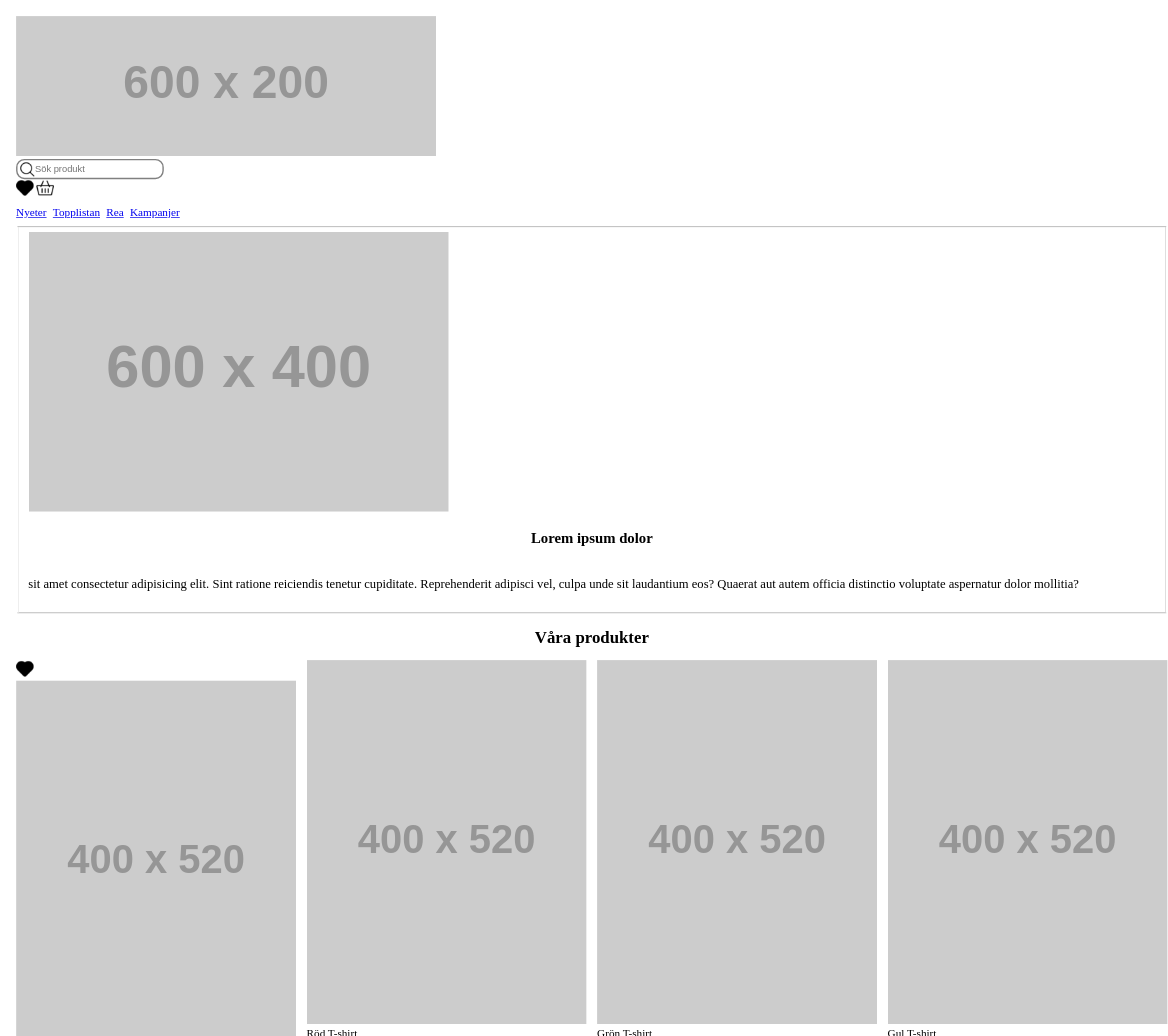
Repository: Kalle1995/project
Page: index.html
These files come from the project's save history. The page is drawn as it stood at one moment and after the next save; the edit follows.
The browser window is 1280 px wide. The page is 1668 px wide, so the pictures cover 1668 px, including what lies to the right of the window. The pictures show the part of the page from y = 0 to 1480 px (the page is 2130 px tall before and 2166 px after), at 70% of full size.

Above is the page before, as saved 2024-10-05 20:47:24.

### index.html
<!DOCTYPE html>
<html lang="sv">

<head>
  <meta charset="UTF-8" />
  <meta name="viewport" content="width=device-width, initial-scale=1.0" />
  <title>Freaky Fashion</title>

  <link rel="stylesheet" href="main.css" />
</head>

<body>
  <header>
    <section>
      <div class="wholeHead">
        <img src="https://placehold.co/600x200 " width="600" height="200" alt="icon" class="icon" />

        <div class="searchAndIcons">
          <input type="search" placeholder="Sök produkt" class="search">
          <div class="headIcons">
            <a href="#"><img src="bilder/full heart.png" alt="favourite"></a>
            <a href="#"><img src="bilder/cart.png" alt="cart"></a>
          </div>
        </div>
      </div>
      <!--
        jag behöver fixa att man kan sriva och iconen förvinner
        -->

      <!--
        om, jag har div för input typ så den ta hela raden
            -->


      <div>
        <nav class="NavList">
          <ul>
            <li class="nav-list-item"><a href="#">Nyeter</a></li>
            <li class="nav-list-item hide-on-mobile ejnav"><a href="#">Kategoroer</a></li>
            <li class="nav-list-item"><a href="#">Topplistan</a></li>
            <li class="nav-list-item"><a href="#">Rea</a></li>
            <li class="nav-list-item"><a href="#">Kampanjer</a></li>
          </ul>
        </nav>
      </div>
      <!--
            <dl> och <dt> använda man i detta falet
                -->

    </section>

  </header>

  <main>
    <section class="mid">
      <article>
        <fieldset>
          <img src="https://placehold.co/600x400" alt="" class="loremPic">
          <p>
          <h1> Lorem ipsum dolor</h1>
          <br>sit amet consectetur adipisicing elit. Sint ratione reiciendis tenetur cupiditate. Reprehenderit adipisci
          vel, culpa unde sit laudantium eos? Quaerat aut autem officia distinctio voluptate aspernatur dolor mollitia?
          </p>
        </fieldset>
      </article>
    </section>
    <section class="products">
      <h1>Våra produkter</h1>
      <div class="container">
        <!-- grid container -->

        <div>
          <img src="bilder/full heart.png" alt="">
          <img src="https://placehold.co/400x520/png?text=Black+T-shirt" alt="Svart T-shirt" />
          Svart T-shirt
        </div>

        <div>
          <img src="https://placehold.co/400x520/png?text=Red+T-shirt" alt="" />
          Röd T-shirt
        </div>

        <div>
          <img src="https://placehold.co/400x520/png?text=Green+T-shirt" alt="" />
          Grön T-shirt
        </div>

        <div>
          <img src="https://placehold.co/400x520/png?text=Gul+T-shirt" alt="" />
          Gul T-shirt

        </div>

        <div>
          <img src="https://placehold.co/400x520/png?text=Red+T-shirt" alt="">
          Röd T-shirt
        </div>

        <div>
          <img src="https://placehold.co/400x520/png?text=Red+T-shirt" alt="">
          Röd T-shirt
        </div>

        <div>
          <img src="https://placehold.co/400x520/png?text=Red+T-shirt" alt="">
          Röd T-shirt
        </div>

        <div>
          <img src="https://placehold.co/400x520/png?text=Red+T-shirt" alt="">
          Röd T-shirt
        </div>

      </div>


    </section>

  </main>
  <br>

  <footer>
    <div class="Company">&copy; Freaky Fashion</div>
  </footer>
</body>

</html>

### main.css


body {
    padding: 15px;
    font-size: 2em;
    display: grid;

}


h1 {
    text-align: center;

}

.products > div {
    display: grid;
    gap: 15px;

}

ul {
    list-style-type: none;
    margin: 0;
    padding: 0;

  }
.search {
  border: 2px solid gray;
  border-radius: 12px;
  padding: 5px;
  display: inline;
  background-image: url(bilder/search.png);
  background-repeat: no-repeat;
  background-position: 4px;
  padding-left: 25px;

}

.NavList {
    display: block;
    padding-bottom: 10px;
    padding-top: 10px;

}
.container {
    position: relative;

}


.hide-on-mobile {
    display: none;
}

 @media (max-width:640px){
    .mid {
        position: relative;
        display: block;
        font-size: medium;
    }


    .ejnav {
        display: none;
    }

    li {
        margin-bottom: 3px;
    }

   /* .icon {
        -ms-flex: 100%;
        felx: 100%;
        max-width: 100%;;
    }
        */

    .search{
        width: 75%;

    }
    .icon {
        width: 100%;
    }
    .searchAndIcons {
        display: flex;
    }
    .container {
        position: relative;
        left: auto;
        right: auto;
    }


}


@media (min-width: 640px) {
    .products > div {
        grid-template-columns: repeat(2, 1fr);
        .headicons {
            padding-left: 95%;
        }
    }

    .wholeHead {
        display: inline;
    }

    .mid {
        position: relative;
        display: block;
        font-size: large;
    }




}
    body {
        font-size: 1.5em;
            }


 @media (min-width: 1024px) {
        .products > div {
            grid-template-columns: repeat(4, 1fr);
        }

        body {
            font-size: 1em;
        }
        .listan {
            display: flex;
        }
        li {
            display: inline;
            margin-right: 5px;
        }




      }





/*
    @media (max-width:1024px) {
        .ejnav {
            display: none;
        }

      }
*/



      /*
      @media print {
        body {
            font-size: 4em;
        }
        img {
            display: none;
        }
      }
*/



/*
här för Nyproduckt sidan
*/


header > h3 {
    position: absolute;
    left: 10px;
    bottom: auto;
}

.vänster {
    display: grid;
    grid-template-rows: 100%;
    background-color: gray;
}


.liggTill {
    hero-text button:hover
}


/*
kassa sidan
*/

.kassa {
    text-align: center;

}






.buy > button{
    display: grid;
    align-items: center;
    width: 80px;
    height: 30px;
    background-color: rgb(255, 255, 255);
    margin-left: 50% ;
    font-weight: bold;
    border-radius: 10px;

}


.no-space {
    margin: 0;
    padding: 0;
    border: none;
    border-top: 1px solid black; /* Valfri färg eller stil på linjen */
}


.omOss {
    padding: 15px;
    background-color: rgb(207, 206, 206)
}

.list-container {
    display: inline-flex;
    justify-content: space-between; /* Ser till att listorna sprids ut jämnt */
    gap: 150px; /* Mellanrum mellan listorna */
}

.list {
    flex: 1; /* Gör att listorna tar upp lika mycket plats */
    padding-left: 15px;
}

.list h3 {
    margin-bottom: 20px;
}

.list li {
    list-style-type: none; /* ingen punkter i listan */
    padding: 0;
}

.list li ul {
    margin-bottom: 10px;
}




/*
Administration
*/

.AD {
  width: 115%;
  padding-left: 15px;
  margin-left: -25px;
  margin-top: -25px;
  float: left;
  font-style: normal;
  background-color: rgb(0, 0, 0);
  position: relative;
  display: flex;
  color: white;
}
.PR {
    background-color: rgb(209, 209, 208);
    height: auto;
    margin-left: -25px;
    padding-left: 20px;
    margin-right: auto;
    padding-right: 70px;
    padding-top: 15px;
    font-weight: bold;
    position: relative;
  }
  .AR{
    position: relative;;
    left: 200px;
    top: -40px;

  }













/*

.Company{
    text-align: center;
    bottom: auto;
}

After the next save:
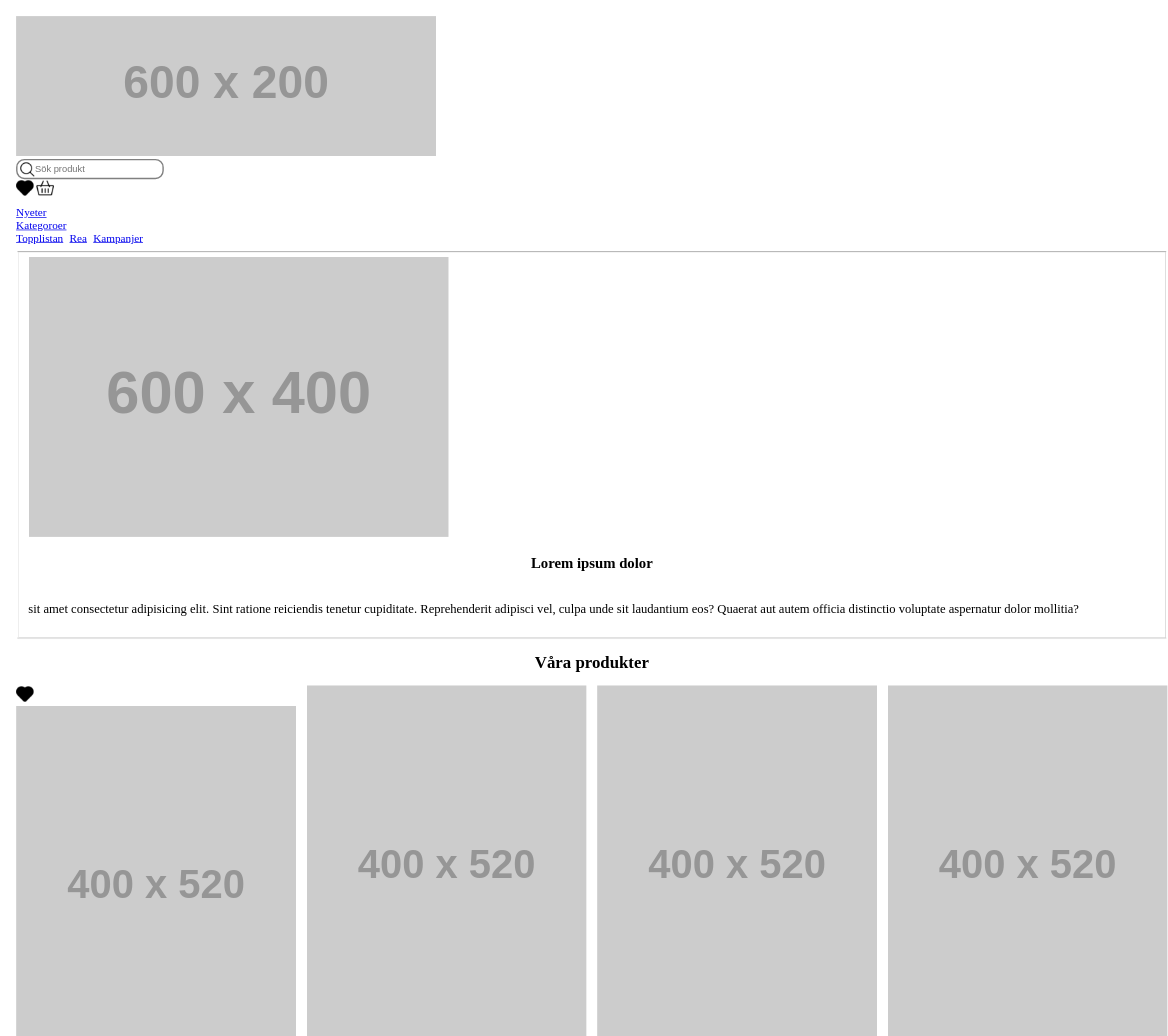
Saved 15 s later.
--- a/main.css
+++ b/main.css
@@ -140,7 +140,9 @@
         }
 
 
-
+        .hide-on-mobile {
+            display: block;
+        }
 
       }
 

After the save that followed:
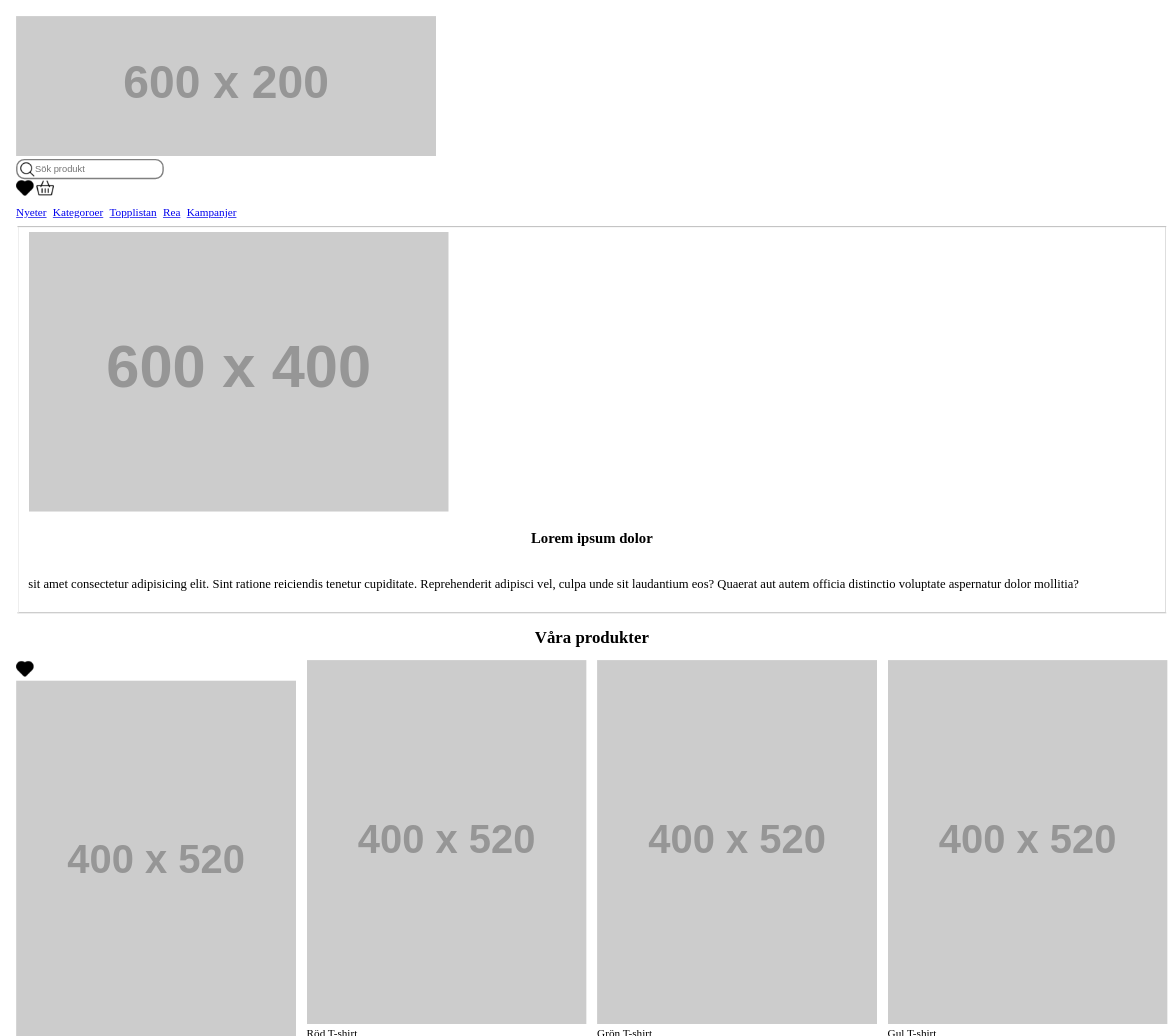
Saved 8 s later.
--- a/main.css
+++ b/main.css
@@ -141,7 +141,7 @@
 
 
         .hide-on-mobile {
-            display: block;
+            display: inline-block;
         }
 
       }
